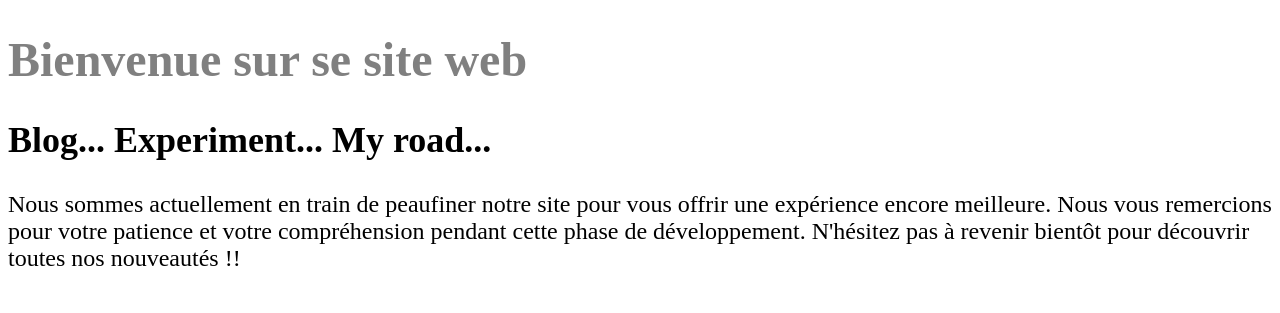
Repository: ValetteEvan/PersonalWebApp
Page: index.html
These files come from the project's save history. The page is drawn as it stood at one moment and after the next save; the edit follows.
The browser window is 1280 px wide. The pictures show the whole page.

Above is the page before, as saved 2025-01-07 17:44:15.

After the next save:
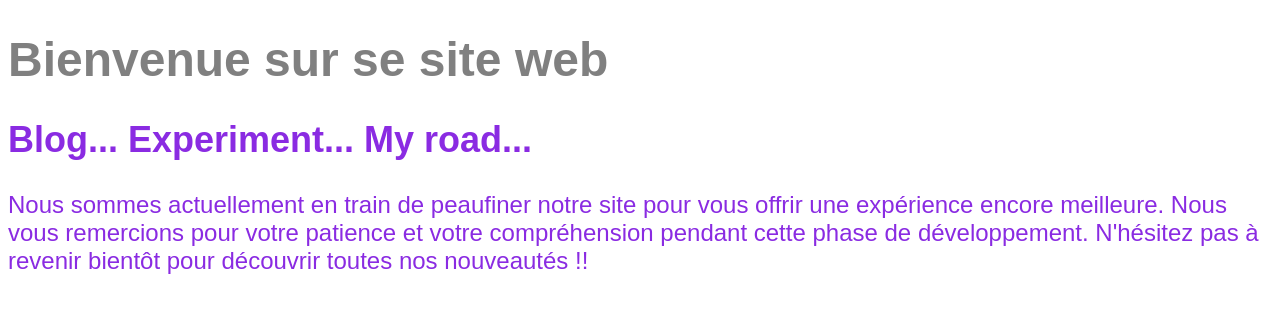
Saved 4 s later.
--- a/style.css
+++ b/style.css
@@ -3,6 +3,6 @@ h1 {
 }
 .webGlobal{
     font-size: 1.5em;
-    font-family:Arial, Helvetica, sans-serif
+    font-family:Arial, Helvetica, sans-serif;
     color: blueviolet;
 }
